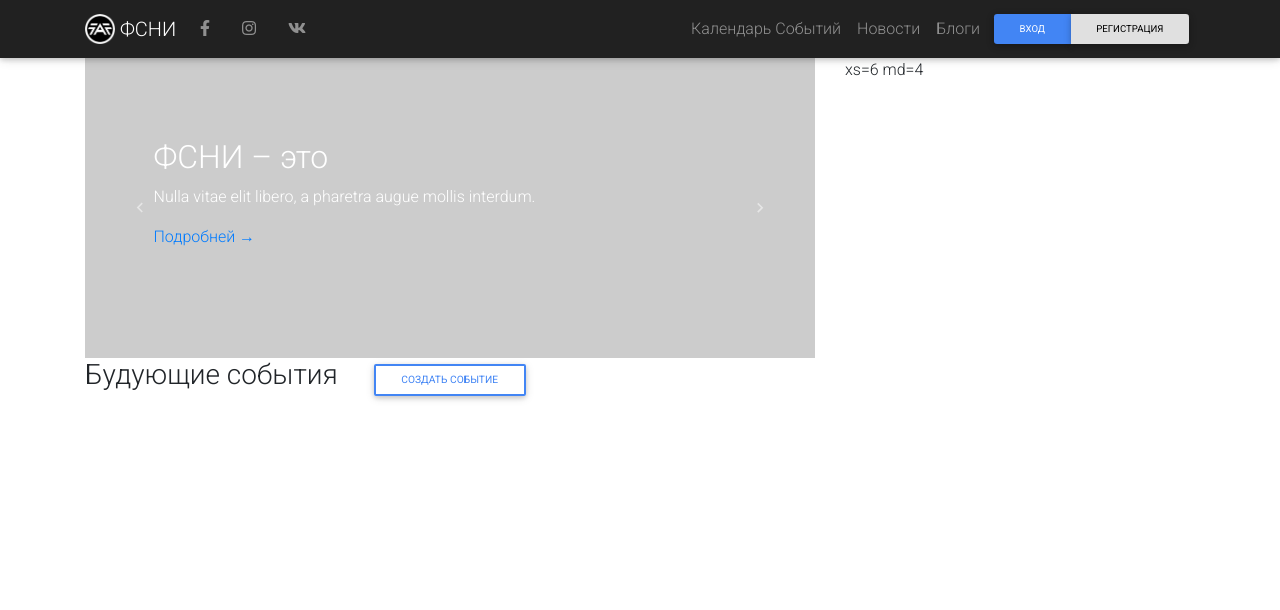
Repository: alexey1986/fsni_test
Page: /
These files come from the project's save history. The page is drawn as it stood at one moment and after a run of saves; the edit follows.
The browser window is 1280 px wide. The pictures show the whole page.
The project was rebuilt for these pictures with package versions that can differ from the ones it lists, and the page was loaded fresh each time. Also part of the build but not shown: src/pages/calendar.jsx, src/pages/news.jsx, src/pages/blogs.jsx.

Above is the page before, as saved 2020-08-29 10:23:41.

### src/index.js
import React from 'react';
import ReactDOM from 'react-dom';
import 'bootstrap/dist/css/bootstrap.min.css';
import '@fortawesome/fontawesome-free/css/all.min.css';
//import 'bootstrap-css-only/css/bootstrap.min.css';
import 'mdbreact/dist/css/mdb.css';


import App from './App';
import * as serviceWorker from './serviceWorker';

ReactDOM.render(
  <React.StrictMode>
    <App />
  </React.StrictMode>,
  document.getElementById('root')
);

// If you want your app to work offline and load faster, you can change
// unregister() to register() below. Note this comes with some pitfalls.
// Learn more about service workers: https://bit.ly/CRA-PWA
serviceWorker.unregister();

### src/App.js
import React from 'react';
import { BrowserRouter as Router, Route } from "react-router-dom";
import NavBarComponent from './components/nav/NavBar';
import Home from './pages/home';
import Calendar from './pages/calendar';
import News from './pages/news';
import Blogs from './pages/blogs';

const App = () => {
  return (
    <Router>
      <NavBarComponent></NavBarComponent>
      <Route path="/" exact component={Home} />
      <Route path="/calendar" exact component={Calendar} />
      <Route path="/news" exact component={News} />
      <Route path="/blogs" exact component={Blogs} />
    </Router>
  )
}


export default App;

### src/components/nav/NavBar.jsx
import React from 'react';
import { Link, NavLink } from "react-router-dom";
import { Container, Navbar, Nav, ButtonGroup, Button } from 'react-bootstrap';
import SocialButtons from './SocialButtons';
import logo from './logo.png';

const NavBarComponent = () => {
    return (
        <Navbar bg="dark" expand="lg" variant="dark" sticky="top" >
            <Container>
                <Navbar.Brand as={Link} to='/'>
                    <img
                        alt=""
                        src={logo}
                        width="30"
                        height="30"
                        className="d-inline-block align-top"
                    />{' '}
                    ФСНИ
                </Navbar.Brand>
                <Navbar.Toggle aria-controls="basic-navbar-nav" />
                <Navbar.Collapse id="basic-navbar-nav">
                    <SocialButtons />
                    <Nav>
                        <Nav.Link as={NavLink} to='/calendar'>Календарь Событий</Nav.Link>
                        <Nav.Link as={NavLink} to='/news'>Новости</Nav.Link>
                        <Nav.Link as={NavLink} to='/blogs'>Блоги</Nav.Link>
                    </Nav>
                    <ButtonGroup size="sm" aria-label="login/registration">
                        <Button variant="primary">Вход</Button>
                        <Button variant="light">Регистрация</Button>
                    </ButtonGroup>
                </Navbar.Collapse>
            </Container>
        </Navbar>
    )
}

export default NavBarComponent;

### src/pages/home.jsx
import React from 'react';
import { Container, Row, Col, Button } from 'react-bootstrap';
import CarouselComponent from '../components/carousel/Carousel';

const Home = () => {
    return (
        <Container>
            <section>
                <Row>
                    <Col xs={12} md={8}>
                        <CarouselComponent />
                    </Col>
                    <Col xs={6} md={4}>
                        xs=6 md=4
                </Col>
                </Row>
            </section>

            <section>
                <Row>
                    <Col md="auto">
                        <h3>Будующие события</h3>
                    </Col>
                    <Col>
                        <Button variant="outline-primary" size="sm">Создать Событие</Button>{' '}
                    </Col>
                </Row>
            </section>
        </Container>
    )
}

export default Home;

### src/components/nav/SocialButtons.jsx
import React from 'react';
import { Nav } from 'react-bootstrap';
import { MDBIcon } from 'mdbreact';

const SocialButtons = () => {
  return (
    <Nav className="mr-auto" >
      <Nav.Link href="#!" className="fb-ic mr-3">
        <MDBIcon fab icon="facebook-f" />
      </Nav.Link>
      <Nav.Link href="#!" className="ins-ic mr-3">
        <MDBIcon fab icon="instagram" />
      </Nav.Link>
      <Nav.Link href="#!" className="vk-ic mr-3">
        <MDBIcon fab icon="vk" />
      </Nav.Link>
    </Nav>
  );
}

export default SocialButtons;

### src/components/carousel/Carousel.jsx
import React from 'react';
import { Carousel } from 'react-bootstrap';
import { Link } from "react-router-dom";
import './styles.css';


class CarouselComponent extends React.Component {
    render() {
        return (
            <Carousel indicators={false}>
                <Carousel.Item>
                    <Carousel.Caption>
                        <h2>ФСНИ – это </h2>
                        <p>Nulla vitae elit libero, a pharetra augue mollis interdum.</p>
                        <p>
                            <Link to='/'>Подробней &#8594;</Link>
                        </p>
                    </Carousel.Caption>
                </Carousel.Item>
                <Carousel.Item>
                    <Carousel.Caption>
                        <h2>ФСНИ – это </h2>
                        <p>Lorem ipsum dolor sit amet, consectetur adipiscing elit. Vivamus magna justo, lacinia eget consectetur sed, convallis at tellus.</p>
                        <p>
                            <Link to='/'>Подробней &#8594;</Link>
                        </p>
                    </Carousel.Caption>
                </Carousel.Item>
                <Carousel.Item>
                    <Carousel.Caption>
                        <h2>ФСНИ – это </h2>
                        <p>Lorem ipsum dolor sit amet, consectetur adipiscing elit. Vivamus magna justo, lacinia eget consectetur sed, convallis at tellus.</p>
                        <p>
                            <Link to='/'>Подробней &#8594;</Link>
                        </p>
                    </Carousel.Caption>
                </Carousel.Item>
            </Carousel>
        )
    }
}

export default CarouselComponent;

### src/components/carousel/styles.css
.carousel-item {
    background: #ccc;
    height: 300px;
}

.carousel-caption {
    top: 20%;
    bottom: auto;
    text-align: left;
}

Loaded but not shown: public/index.html (common file); src/serviceWorker.js (common file)

After the next 2 saves:
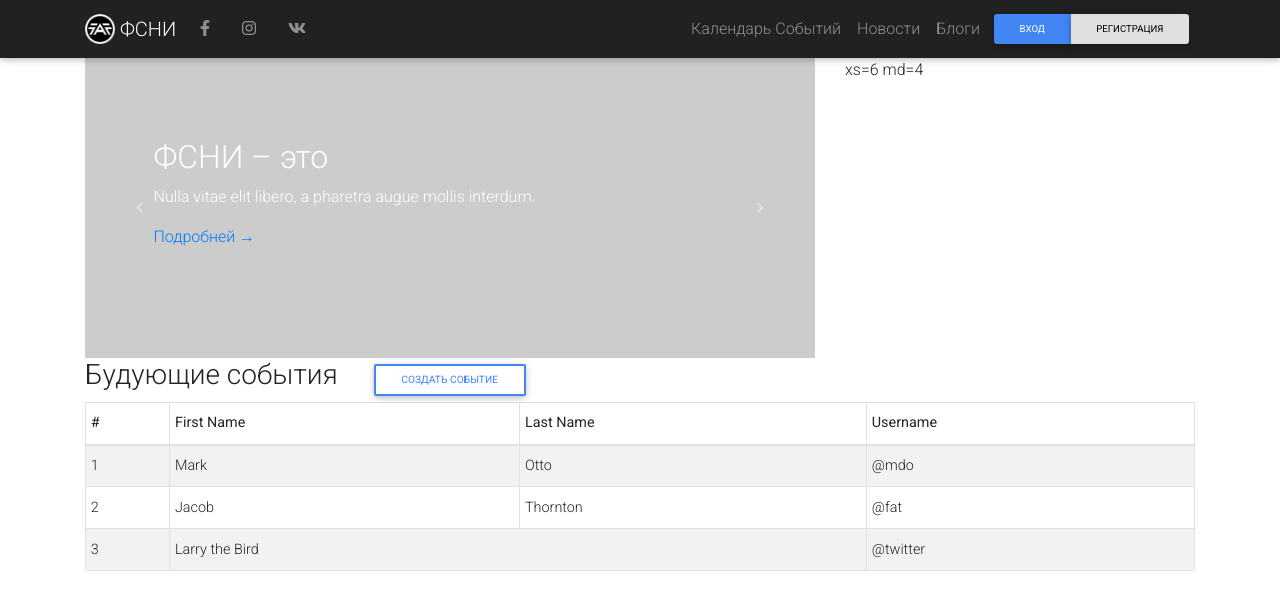
The 2 saves are shown as one change because 1 did not build or start.
The last was saved 41 s later.
--- a/src/pages/home.jsx
+++ b/src/pages/home.jsx
@@ -1,5 +1,5 @@
 import React from 'react';
-import { Container, Row, Col, Button } from 'react-bootstrap';
+import { Container, Row, Col, Button, Table } from 'react-bootstrap';
 import CarouselComponent from '../components/carousel/Carousel';
 
 const Home = () => {
@@ -25,6 +25,36 @@
                         <Button variant="outline-primary" size="sm">Создать Событие</Button>{' '}
                     </Col>
                 </Row>
+
+                <Table striped bordered hover size="sm">
+                    <thead>
+                        <tr>
+                            <th>#</th>
+                            <th>First Name</th>
+                            <th>Last Name</th>
+                            <th>Username</th>
+                        </tr>
+                    </thead>
+                    <tbody>
+                        <tr>
+                            <td>1</td>
+                            <td>Mark</td>
+                            <td>Otto</td>
+                            <td>@mdo</td>
+                        </tr>
+                        <tr>
+                            <td>2</td>
+                            <td>Jacob</td>
+                            <td>Thornton</td>
+                            <td>@fat</td>
+                        </tr>
+                        <tr>
+                            <td>3</td>
+                            <td colSpan="2">Larry the Bird</td>
+                            <td>@twitter</td>
+                        </tr>
+                    </tbody>
+                </Table>
             </section>
         </Container>
     )
